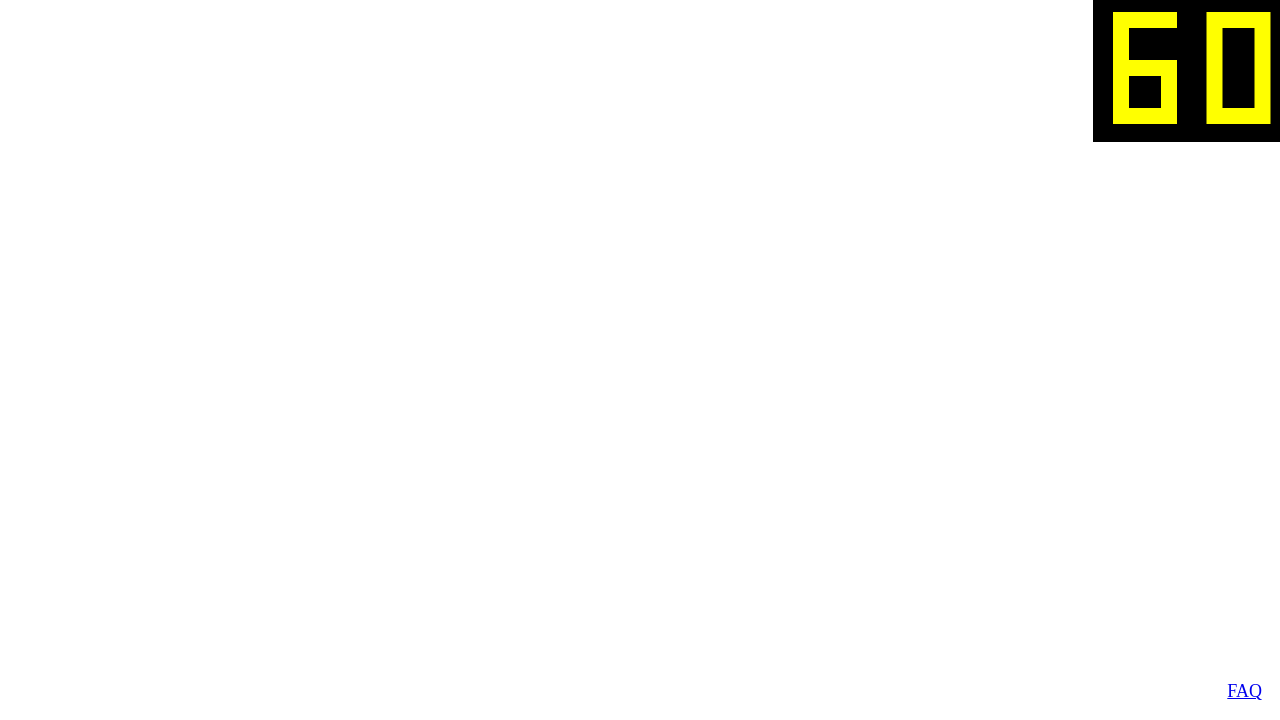
Repository: aliendetonator/fake-fraps-counter
Page: index.html
These files come from the project's save history. The page is drawn as it stood at one moment and after the next save; the edit follows.
The browser window is 1280 px wide. The pictures show the whole page.

Above is the page before, as saved 2023-08-31 04:17:31.

After the next save:
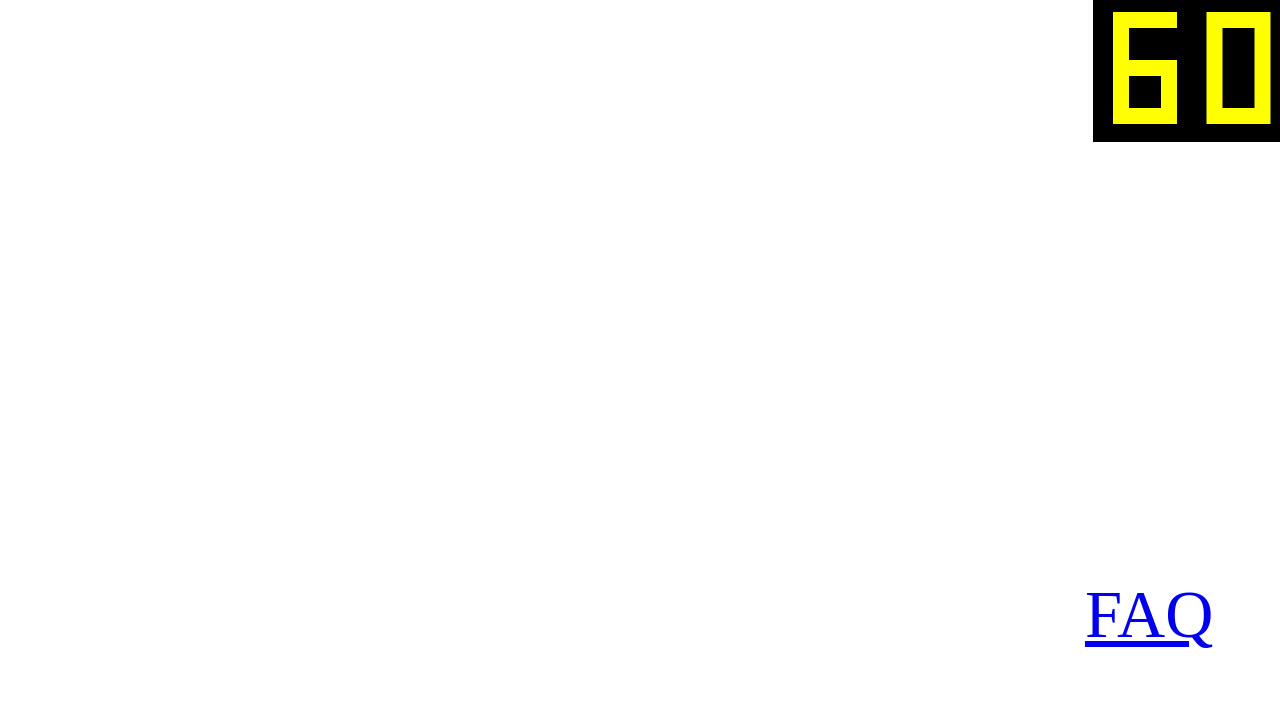
Saved 11 s later.
--- a/src/css/index.css
+++ b/src/css/index.css
@@ -27,5 +27,5 @@ footer{
     position: absolute;
     bottom: 1em;
     right: 1em;
-    font-size: large;
+    font-size: 50pt;
 }
